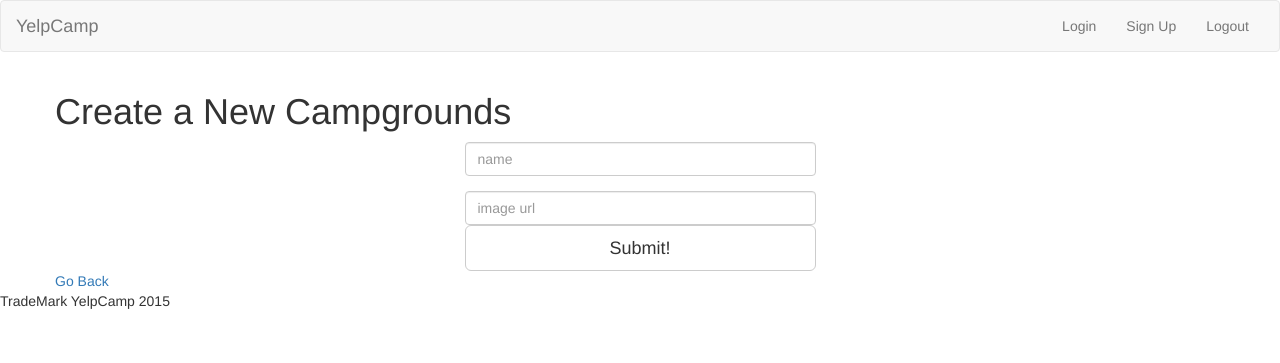
Repository: yyming009/YelpCamp
Page: http://localhost/campgrounds/new
The author's editor kept a record of every edit. The page is drawn from the files as they stood at one moment, then again after the next edit.
The browser window is 1280 px wide. The pictures show the whole page.
The page is served by the project's Node server (YelpCamp/v1/app.js).

Above is the page before.

### YelpCamp/v1/views/news.ejs
<% include partials/header %>

<div class="container">
    <div class="row">
        <h1>Create a New Campgrounds</h1>
        <div style="width: 30%; margin: 0 auto;">
            <form action="/campgrounds" method="POST">
                <div class="form-group">
                    <input class="form-control" type="text" name="name" placeholder="name">
                </div>
                <div class="form-group"></div>
                <div class="form-group"></div>

                <input class="form-control" type="text" name="image" placeholder="image url">
                <button class="btn btn-lg btn-default btn-block">Submit!</button>
            </form>
        </div>
        <a href="/campgrounds">Go Back</a>
    </div>
</div>

<% include partials/footer %>

### YelpCamp/v1/views/partials/header.ejs
<!DOCTYPE html>

<html>
    <head>
        <title>YelpCamp</title>
        <link rel="stylesheet" href="https://maxcdn.bootstrapcdn.com/bootstrap/3.3.7/css/bootstrap.min.css">
    </head>

   <body>

    <nav class="navbar navbar-default">
        <div class="container-fluid">
            <div class="navbar-header">
                <a class="navbar-brand" href="/">YelpCamp</a>
            </div>
            <div class="collapse navbar-collapse">
                <ul class="nav navbar-nav navbar-right">
                    <li><a href="/">Login</a></li>
                    <li><a href="/">Sign Up</a></li>
                    <li><a href="/">Logout</a></li>
                </ul>
            </div>
        </div>
    </nav>

### YelpCamp/v1/views/partials/footer.ejs
    <p>TradeMark YelpCamp 2015</p>
    </body>
</html>

### YelpCamp/v1/app.js
var express = require("express");
var app = express();
var bodyParser = require("body-parser");

app.use(bodyParser.urlencoded({extended:true}));
app.set("view engine", "ejs");

var campgrounds = [
        {name: "Salmon Greek", image: "https://farm2.staticflickr.com/1363/1342367857_2fd12531e7.jpg"},
        {name: "Granite Hill", image: "https://farm3.staticflickr.com/2464/3694344957_14180103ed.jpg"},
        {name: "Mountain Goat's Rest", image: "https://farm8.staticflickr.com/7252/7626464792_3e68c2a6a5.jpg"},
        {name: "Salmon Greek", image: "https://farm2.staticflickr.com/1363/1342367857_2fd12531e7.jpg"},
        {name: "Granite Hill", image: "https://farm3.staticflickr.com/2464/3694344957_14180103ed.jpg"},
        {name: "Mountain Goat's Rest", image: "https://farm8.staticflickr.com/7252/7626464792_3e68c2a6a5.jpg"},
        {name: "Salmon Greek", image: "https://farm2.staticflickr.com/1363/1342367857_2fd12531e7.jpg"},
        {name: "Granite Hill", image: "https://farm3.staticflickr.com/2464/3694344957_14180103ed.jpg"},
        {name: "Mountain Goat's Rest", image: "https://farm8.staticflickr.com/7252/7626464792_3e68c2a6a5.jpg"}
    ];

app.get("/", function(req, res){
    res.render("landing");
});

app.get("/campgrounds", function(req, res){
    res.render("campgrounds", {campgrounds:campgrounds});
});

app.post("/campgrounds", function(req, res){
    var name = req.body.name;
    var image = req.body.image;
    var newCampground = {name:name, image:image};
    campgrounds.push(newCampground);
    res.redirect("/campgrounds");
});

app.get("/campgrounds/new", function(req, res){
    res.render("news.ejs");
});

app.listen(process.env.PORT, process.env.IP, function(){
    console.log("the YelpCamp Server has Started!!");
});

After the next edit:
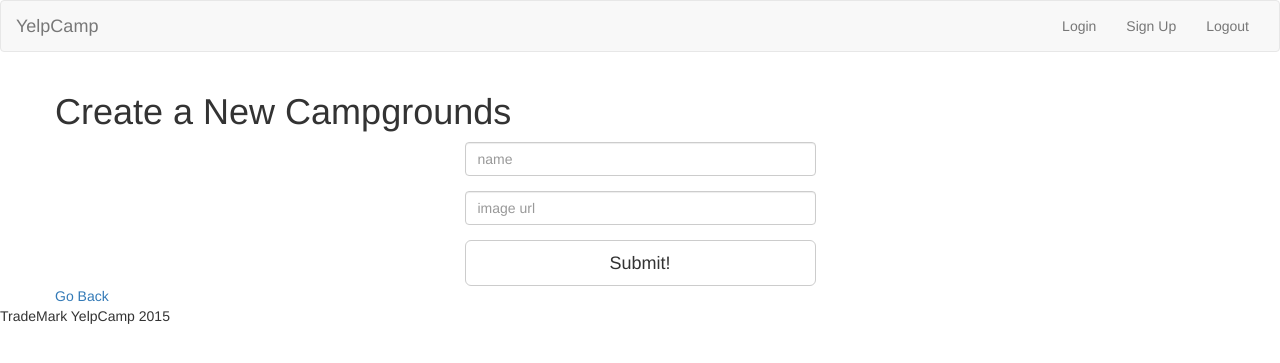
The edit:
--- a/YelpCamp/v1/views/news.ejs
+++ b/YelpCamp/v1/views/news.ejs
@@ -8,10 +8,12 @@
                 <div class="form-group">
                     <input class="form-control" type="text" name="name" placeholder="name">
                 </div>
-                <div class="form-group"></div>
+                <div class="form-group">
+                    <input class="form-control" type="text" name="image" placeholder="image url">
+                </div>
                 <div class="form-group"></div>
 
-                <input class="form-control" type="text" name="image" placeholder="image url">
+
                 <button class="btn btn-lg btn-default btn-block">Submit!</button>
             </form>
         </div>
